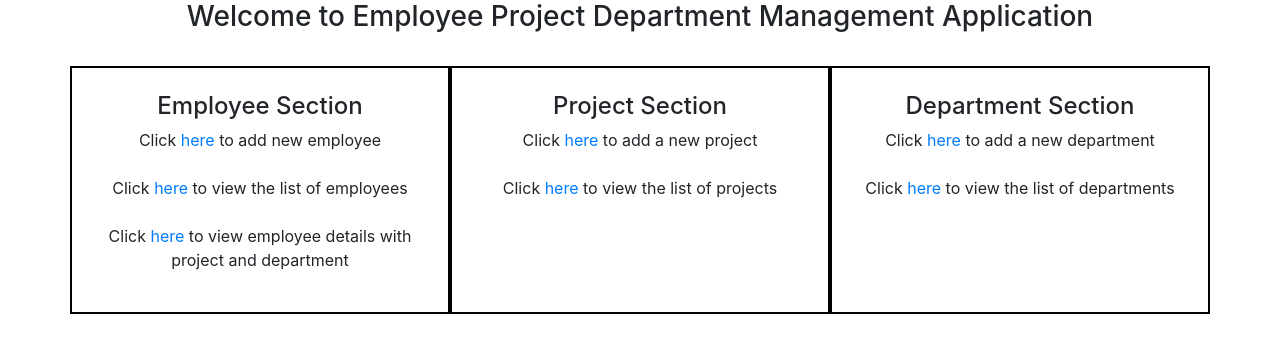
Repository: ArmanAli-cmd/EmployeeProjectDepartmentApplication
Page: http://localhost/EmployeeProjectDepartmentMVCApplication/views/index.jsp
The author's editor kept a copy of each file at every save. The page is drawn from the files as they stood at one save, then again after the next save.
The browser window is 1280 px wide. The pictures show the whole page.
The page is served by Tomcat 9. Other server files are loaded and not shown. The template is opened directly, without the code that normally fills it, so the values that code supplies are empty.

Above is the page before, as saved 2024-01-18 06:07:13.

### EmployeeProjectDepartmentMVCApplication/src/main/webapp/views/index.jsp
<%@ page language="java" contentType="text/html; charset=US-ASCII"
	pageEncoding="US-ASCII"%>
<!DOCTYPE html PUBLIC "-//W3C//DTD HTML 4.01 Transitional//EN" "https://www.w3.org/TR/html4/loose.dtd">
<html>
<head>
<meta charset="ISO-8859-1">
<meta name="viewport" content="width=device-width, initial-scale=1">
<link rel="stylesheet"
	href="https://cdn.jsdelivr.net/npm/bootstrap@4.6.2/dist/css/bootstrap.min.css">
<script
	src="https://cdn.jsdelivr.net/npm/jquery@3.7.1/dist/jquery.slim.min.js"></script>
<script
	src="https://cdn.jsdelivr.net/npm/popper.js@1.16.1/dist/umd/popper.min.js"></script>
<script
	src="https://cdn.jsdelivr.net/npm/bootstrap@4.6.2/dist/js/bootstrap.bundle.min.js"></script>
</head>
<%@ page import="java.util.Date"%>
<body style="text-align: center;">
	<%
	String message = (String) request.getAttribute("msz");
	if (message != null) {
	%>
	<script>
			var userResponse = confirm("<%=message%>");
	</script>
	<%
	request.removeAttribute("msz");
	}
	%>
	<div class="container">


		<h3>Welcome to Employee Project Department Management Application</h3>
		<br>
		<div class="row">
			<div class="col-sm-4" style="border: 2px solid black;">
			<br>
				<h4>Employee Section</h4>
				<p>
					Click <a href="/views/employee-signup.jsp">here</a> to add new employee
					<br> <br>
					 Click <a href="/employees">here</a> to
					view the list of employees
					<br> <br>
					Click <a
						href="/employees-signup.jsp">here</a> to view employee details
					with project and department<br> <br>
				</p>
			</div>
			<div class="col-sm-4" style="border: 2px solid black;">
			<br>
				<h4>Project Section</h4>
				<p>
					Click <a href="/views/project-signup.jsp">here</a> to add a new
					project <br> <br> Click <a href="/projects">here</a> to
					view the list of projects
				</p>
			</div>
			<div class="col-sm-4" style="border: 2px solid black;">
			<br>
				<h4>Department Section</h4>
				<p>
					Click <a href="/views/department-signup.jsp">here</a> to add a new
					department <br>
					<br> Click <a href="/departments">here</a> to view the list of
					departments<br>
				</p>
			</div>
		</div>
	</div>
</body>
</html>

After the next save:
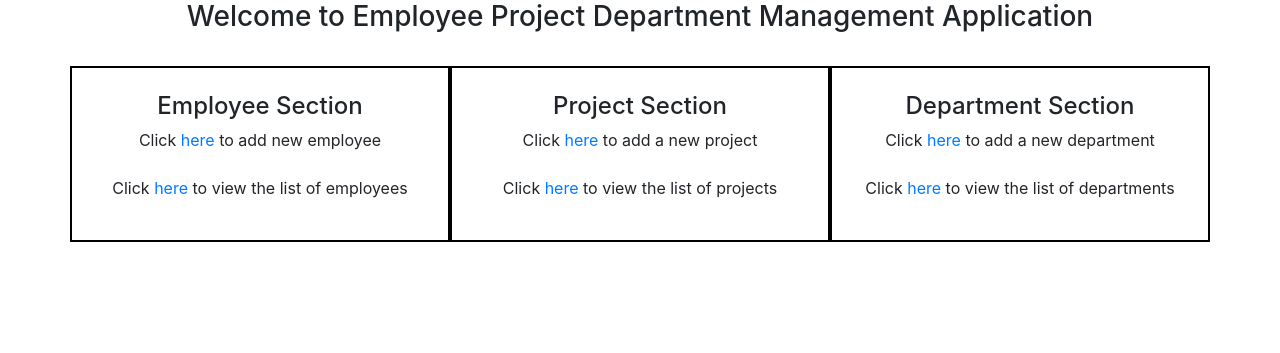
Saved 9 s later.
--- a/EmployeeProjectDepartmentMVCApplication/src/main/webapp/views/index.jsp
+++ b/EmployeeProjectDepartmentMVCApplication/src/main/webapp/views/index.jsp
@@ -42,9 +42,6 @@
 					 Click <a href="/employees">here</a> to
 					view the list of employees
 					<br> <br>
-					Click <a
-						href="/employees-signup.jsp">here</a> to view employee details
-					with project and department<br> <br>
 				</p>
 			</div>
 			<div class="col-sm-4" style="border: 2px solid black;">
